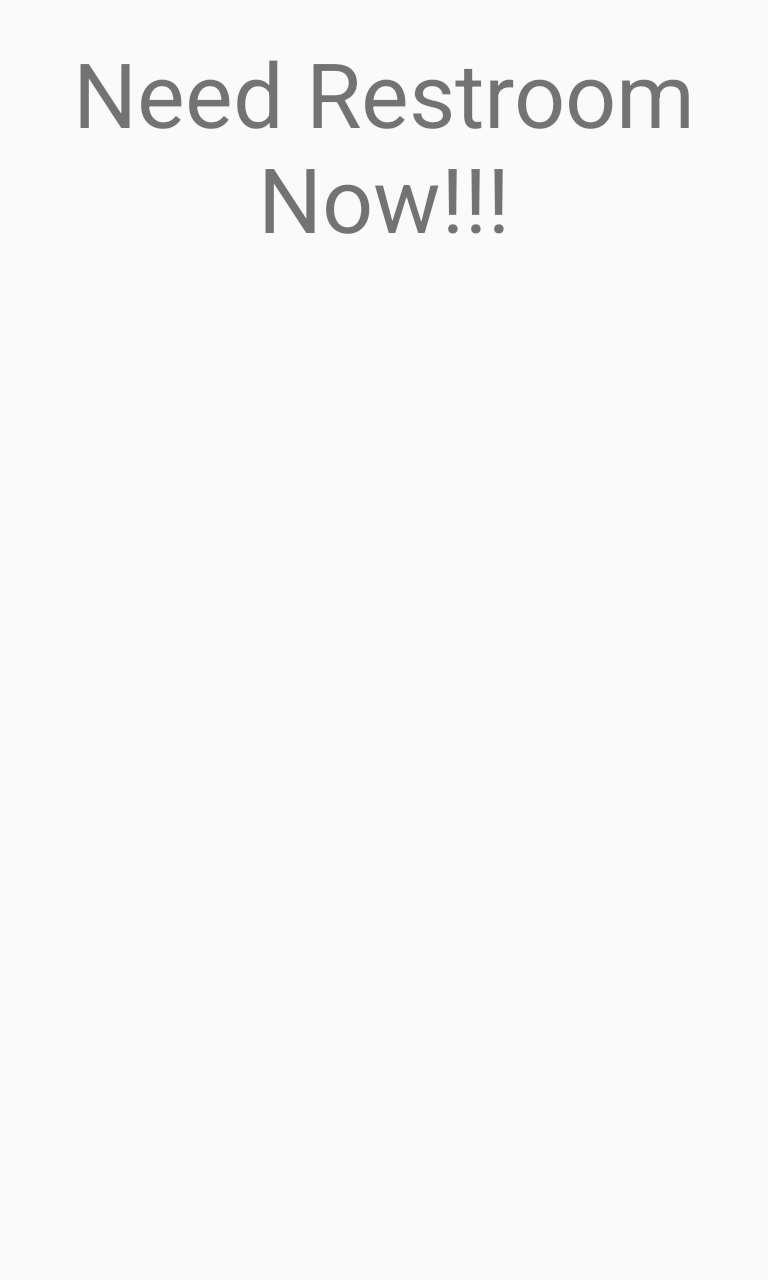
Repository: SarahDowlath/DebraGotToGo
Layout: GottahGo!/res/layout/fragment_main.xml
An editor plug-in stored every save of this project. The layout is shown before and after the next save, followed by the edit.
It is drawn on a 768 x 1280 px phone screen (xhdpi) without system bars, with theme AppTheme; the app's code is not run.

Above is the layout before, as saved 2014-07-08 16:13:40.

### GottahGo!/res/layout/fragment_main.xml
<RelativeLayout xmlns:android="http://schemas.android.com/apk/res/android"
    xmlns:tools="http://schemas.android.com/tools"
    android:layout_width="match_parent"
    android:layout_height="match_parent"

    android:paddingBottom="@dimen/activity_vertical_margin"
    android:paddingLeft="@dimen/activity_horizontal_margin"
    android:paddingRight="@dimen/activity_horizontal_margin"
    android:paddingTop="@dimen/activity_vertical_margin"
    tools:context="com.papodec.gottahgo.MainActivity$PlaceholderFragment" >


    <TextView
        android:id="@+id/textView2"
        android:layout_width="fill_parent"
        android:layout_height="wrap_content"
         android:text="@string/ref"
         android:textSize = "45sp"
         android:layout_gravity= "center"
         android:gravity="center"
        />



</RelativeLayout>

### GottahGo!/res/values/styles.xml
<resources>

    <!--
        Base application theme, dependent on API level. This theme is replaced
        by AppBaseTheme from res/values-vXX/styles.xml on newer devices.
    -->
    <style name="AppBaseTheme" parent="Theme.AppCompat.Light">
        <!--
            Theme customizations available in newer API levels can go in
            res/values-vXX/styles.xml, while customizations related to
            backward-compatibility can go here.
        -->
    </style>

    <!-- Application theme. -->
    <style name="AppTheme" parent="AppBaseTheme">
        <!-- All customizations that are NOT specific to a particular API-level can go here. -->
    </style>
    <style></style>

</resources>

### GottahGo!/res/values/strings.xml
<?xml version="1.0" encoding="utf-8"?>
<resources>

    <string name="app_name">GottahGo!</string>
    <string name="hello_world">Hello world!</string>
    <string name="action_settings">Settings</string>
    <string name="ref">Need Restroom Now!!!</string>
    <drawable />
    <string name="banner">Need a Restroom NOW!!!</string>

</resources>

Loaded but not shown: GottahGo!/res/values-v11/styles.xml (common file); GottahGo!/res/values-v14/styles.xml (common file); GottahGo!/res/values/dimens.xml (common file); GottahGo!/res/values-w820dp/dimens.xml (common file)

After the next save:
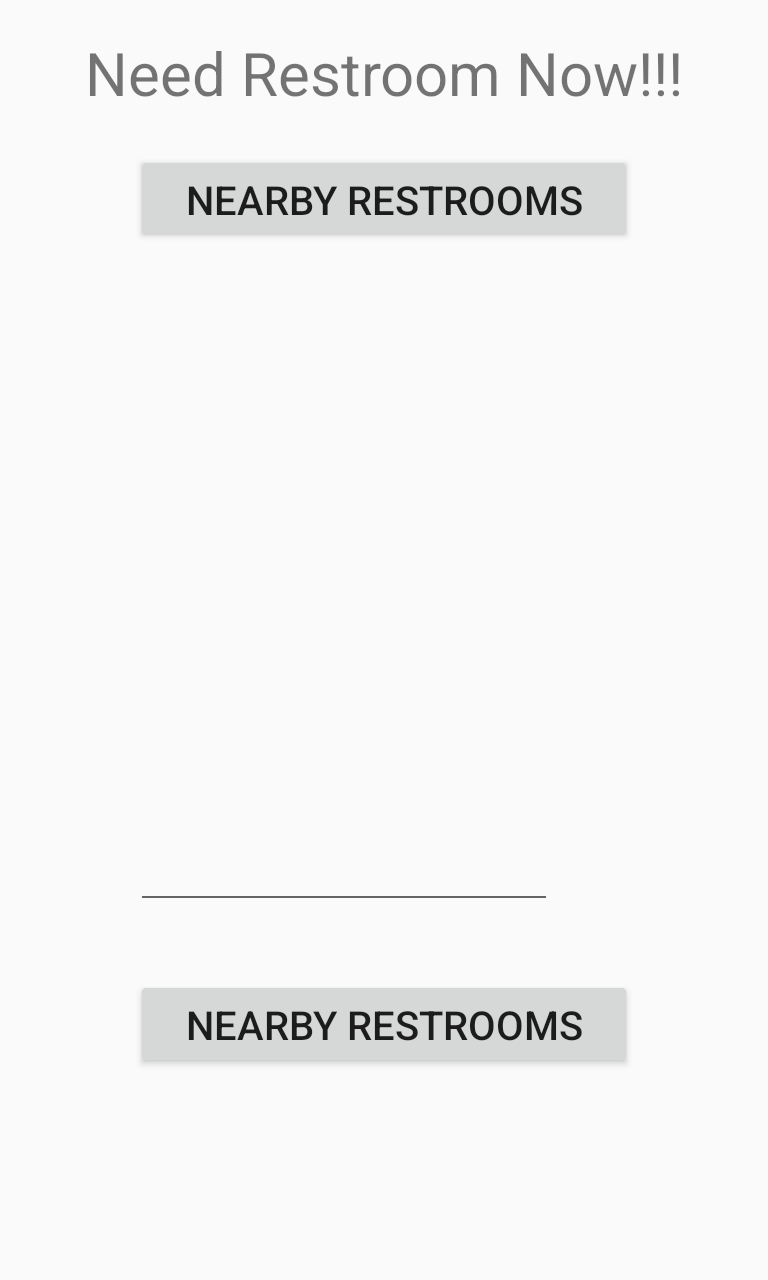
Saved 14 min 16 s later.
--- a/GottahGo!/res/layout/fragment_main.xml
+++ b/GottahGo!/res/layout/fragment_main.xml
@@ -15,11 +15,38 @@
         android:layout_width="fill_parent"
         android:layout_height="wrap_content"
          android:text="@string/ref"
-         android:textSize = "45sp"
+         android:textSize = "30sp"
          android:layout_gravity= "center"
          android:gravity="center"
         />
 
+    <Button
+         android:id="@+id/bmap"
+        android:layout_width="250dp"
+        android:layout_height="wrap_content"
+        android:layout_below="@+id/textView2"
+        android:layout_centerHorizontal="true"
+        android:layout_marginTop="19dp"
+        android:text="@string/banner"
+        android:textSize="20sp" />
 
+    <Button
+        android:id="@+id/bsearch"
+        android:layout_width="250dp"
+        android:layout_height="wrap_content"
+        android:layout_alignLeft="@+id/bmap"
+        android:layout_alignParentBottom="true"
+        android:layout_marginBottom="88dp"
+        android:text="@string/banner"
+        android:textSize="20sp" />
+
+    <EditText
+        android:id="@+id/editText1"
+        android:layout_width="wrap_content"
+        android:layout_height="wrap_content"
+        android:layout_above="@+id/bsearch"
+        android:layout_alignLeft="@+id/bsearch"
+        android:layout_marginBottom="31dp"
+        android:ems="10" />
 
 </RelativeLayout>
--- a/GottahGo!/res/values/strings.xml
+++ b/GottahGo!/res/values/strings.xml
@@ -6,6 +6,7 @@
     <string name="action_settings">Settings</string>
     <string name="ref">Need Restroom Now!!!</string>
     <drawable />
-    <string name="banner">Need a Restroom NOW!!!</string>
+    <string name="banner">Nearby Restrooms</string>
+    <string name="search">Search by Location</string>
 
 </resources>
